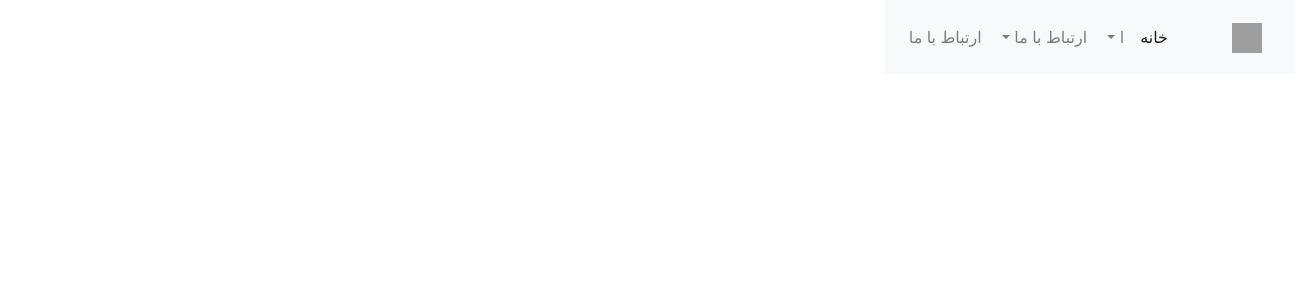
Repository: FENiki/colorlib-accounting
Page: index.html
An editor plug-in stored every save of this project. The page is shown before and after the next save, followed by the edit.
The browser window is 1280 px wide. The page is 1295 px wide, so the pictures cover 1295 px, including what lies to the right of the window. The pictures show the whole page.
Pictures or frames that could not be fetched are drawn as grey boxes.

Above is the page before, as saved 2021-07-06 07:31:09.

After the next save:
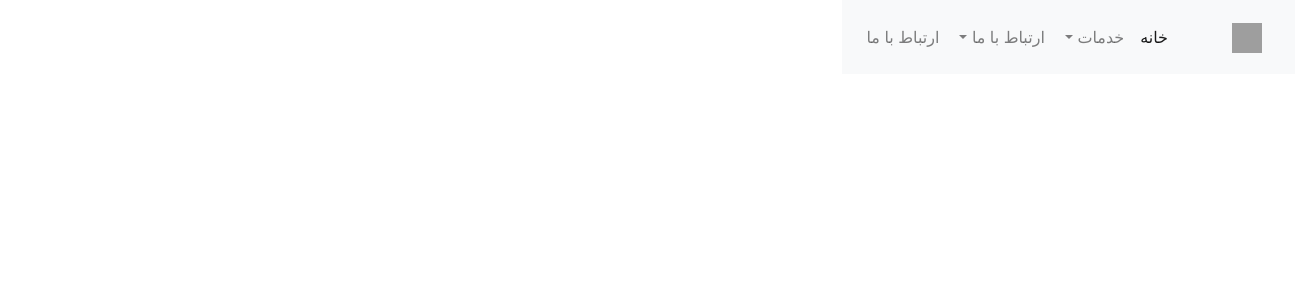
Saved 8 s later.
--- a/index.html
+++ b/index.html
@@ -35,7 +35,7 @@
         </li>
         <li class="nav-item">
           <a class="nav-link dropdown-toggle" href="#" id="navbarDropdownMenuLink" data-toggle="dropdown" aria-haspopup="true" aria-expanded="false">
-            ا
+            خدمات
           </a>
           <div class="dropdown-menu" aria-labelledby="navbarDropdownMenuLink">
             <a class="dropdown-item" href="#">Action</a>
